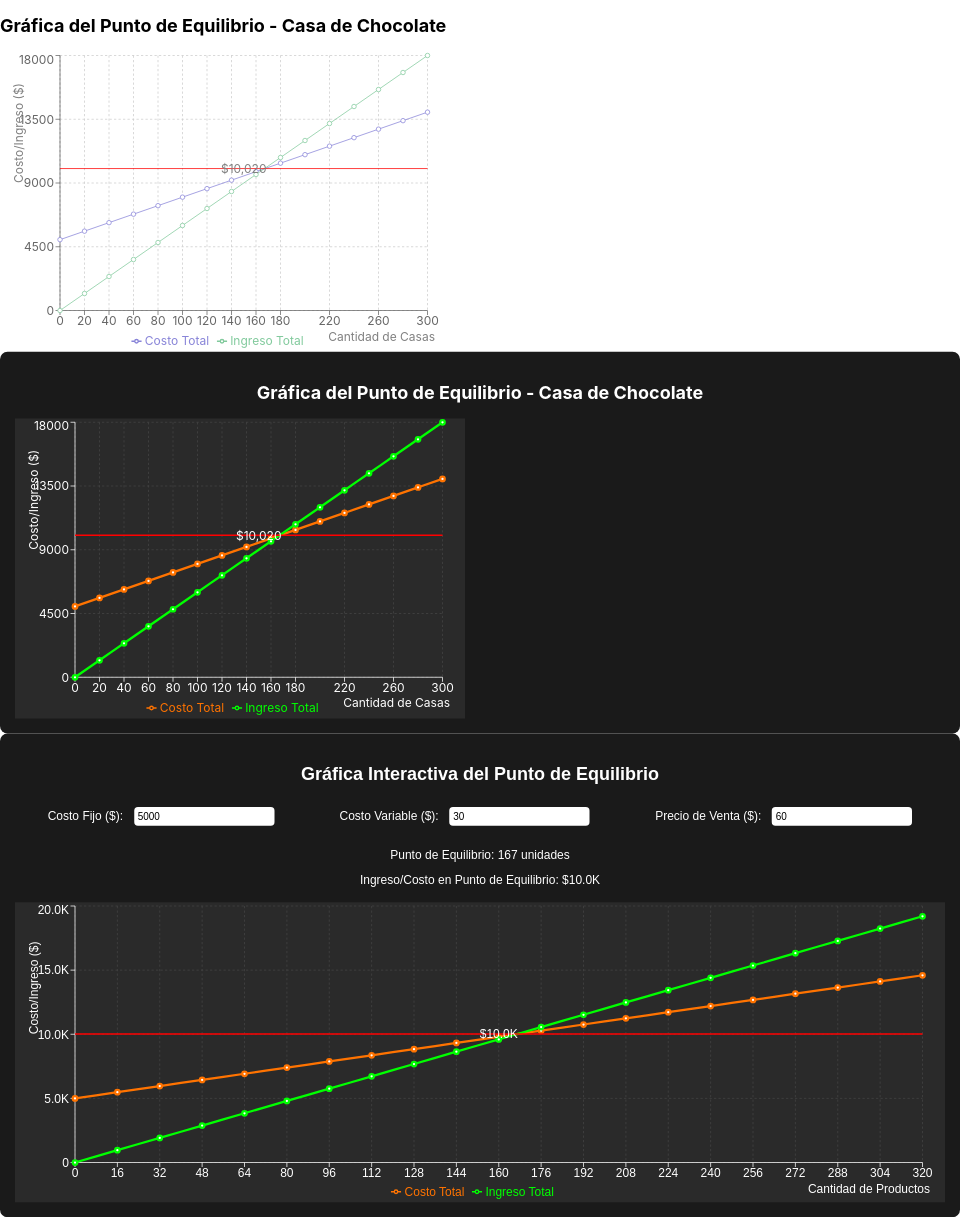
Repository: CiroAlfa/grafic-point-balancer
Page: / (app in graficas-chocolate/)
These files come from the project's save history. The page is drawn as it stood at one moment and after the next save; the edit follows.
The browser window is 1280 px wide. The pictures show the whole page, at 75% of full size.
The project was rebuilt for these pictures with package versions that can differ from the ones it lists, and the page was loaded fresh each time.

Above is the page before, as saved 2024-09-14 13:10:37.

### graficas-chocolate/src/App.js
import React from 'react';
import BreakEvenChart from './BreakEvenChart';
import BreakEvenChart2 from './BreakEvenChart2';
import BreakEvenChartInteractive from './BreakEvenChartInteractive';

function App() {
  return (
    <div className="App">
      <BreakEvenChart />
      <BreakEvenChart2 />
      <BreakEvenChartInteractive />


    </div>
  );
}

export default App;

### graficas-chocolate/src/BreakEvenChart.js
import React from 'react';
import { LineChart, Line, XAxis, YAxis, CartesianGrid, Tooltip, Legend, ReferenceLine } from 'recharts';

const BreakEvenChart = () => {
  const generateData = () => {
    const data = [];
    for (let x = 0; x <= 300; x += 20) {
      data.push({
        x: x,
        costoTotal: 5000 + 30 * x,
        ingresoTotal: 60 * x
      });
    }
    return data;
  };

  const data = generateData();

  return (
    <div className="w-full max-w-3xl mx-auto">
      <h2 className="text-xl font-bold mb-4 text-center">Gráfica del Punto de Equilibrio - Casa de Chocolate</h2>
      <LineChart width={600} height={400} data={data} margin={{ top: 5, right: 30, left: 20, bottom: 5 }}>
        <CartesianGrid strokeDasharray="3 3" />
        <XAxis dataKey="x" label={{ value: 'Cantidad de Casas', position: 'insideBottomRight', offset: -10 }} />
        <YAxis label={{ value: 'Costo/Ingreso ($)', angle: -90, position: 'insideLeft' }} />
        <Tooltip />
        <Legend />
        <Line type="monotone" dataKey="costoTotal" stroke="#8884d8" name="Costo Total" />
        <Line type="monotone" dataKey="ingresoTotal" stroke="#82ca9d" name="Ingreso Total" />
        <ReferenceLine x={167} stroke="red" label="Punto de Equilibrio" />
        <ReferenceLine y={10020} stroke="red" label="$10,020" />
      </LineChart>
    </div>
  );
};

export default BreakEvenChart;

### graficas-chocolate/src/BreakEvenChart2.js
import React from 'react';
import { LineChart, Line, XAxis, YAxis, CartesianGrid, Tooltip, Legend, ReferenceLine } from 'recharts';

const BreakEvenChart2 = () => {
  const generateData = () => {
    const data = [];
    for (let x = 0; x <= 300; x += 20) {
      data.push({
        x: x,
        costoTotal: 5000 + 30 * x,
        ingresoTotal: 60 * x
      });
    }
    return data;
  };

  const data = generateData();

  return (
    <div style={{ backgroundColor: '#1a1a1a', padding: '20px', borderRadius: '10px' }}>
      <h2 style={{ color: 'white', textAlign: 'center', marginBottom: '20px' }}>Gráfica del Punto de Equilibrio - Casa de Chocolate</h2>
      <LineChart
        width={600}
        height={400}
        data={data}
        margin={{ top: 5, right: 30, left: 20, bottom: 5 }}
        style={{ backgroundColor: '#2a2a2a' }}
      >
        <CartesianGrid strokeDasharray="3 3" stroke="#444" />
        <XAxis
          dataKey="x"
          label={{ value: 'Cantidad de Casas', position: 'insideBottomRight', offset: -10, fill: 'white' }}
          stroke="white"
        />
        <YAxis
          label={{ value: 'Costo/Ingreso ($)', angle: -90, position: 'insideLeft', fill: 'white' }}
          stroke="white"
        />
        <Tooltip contentStyle={{ backgroundColor: '#3a3a3a', color: 'white', border: 'none' }} />
        <Legend wrapperStyle={{ color: 'white' }} />
        <Line type="monotone" dataKey="costoTotal" stroke="#ff7300" strokeWidth={3} name="Costo Total" />
        <Line type="monotone" dataKey="ingresoTotal" stroke="#00ff00" strokeWidth={3} name="Ingreso Total" />
        <ReferenceLine x={167} stroke="red" strokeWidth={2} label={{ value: "Punto de Equilibrio", fill: 'white' }} />
        <ReferenceLine y={10020} stroke="red" strokeWidth={2} label={{ value: "$10,020", fill: 'white' }} />
      </LineChart>
    </div>
  );
};

export default BreakEvenChart2;

### graficas-chocolate/src/BreakEvenChartInteractive.js
/* eslint-disable react-hooks/exhaustive-deps */
import React, { useState, useEffect } from 'react';
import { LineChart, Line, XAxis, YAxis, CartesianGrid, Tooltip, Legend, ReferenceLine, ResponsiveContainer } from 'recharts';

const BreakEvenChartInteractive = () => {
  const [costoFijo, setCostoFijo] = useState(5000);
  const [costoVariable, setCostoVariable] = useState(30);
  const [precioVenta, setPrecioVenta] = useState(60);
  const [puntoEquilibrio, setPuntoEquilibrio] = useState({ x: 0, y: 0 });
  const [data, setData] = useState([]);
  const [maxX, setMaxX] = useState(0);
  const [maxY, setMaxY] = useState(0);

  useEffect(() => {
    calcularPuntoEquilibrio();
  }, [costoFijo, costoVariable, precioVenta]);

  const calcularPuntoEquilibrio = () => {
    const x = Math.ceil(costoFijo / (precioVenta - costoVariable));
    const y = x * precioVenta;
    setPuntoEquilibrio({ x, y });
    generarDatos(x, y);
  };

  const generarDatos = (x, y) => {
    const newMaxX = Math.ceil(x * 2);
    const newMaxY = Math.ceil(y * 2);
    setMaxX(newMaxX);
    setMaxY(newMaxY);

    const newData = [];
    const step = Math.max(1, Math.floor(newMaxX / 20));
    for (let i = 0; i <= newMaxX; i += step) {
      newData.push({
        x: i,
        costoTotal: costoFijo + costoVariable * i,
        ingresoTotal: precioVenta * i
      });
    }
    setData(newData);
  };

  const handleInputChange = (setter) => (e) => {
    const value = parseFloat(e.target.value) || 0;
    setter(value);
  };

  const formatNumber = (number) => {
    if (number >= 1000000) {
      return (number / 1000000).toFixed(1) + 'M';
    } else if (number >= 1000) {
      return (number / 1000).toFixed(1) + 'K';
    }
    return number.toFixed(0);
  };

  return (
    <div style={{ backgroundColor: '#1a1a1a', padding: '20px', borderRadius: '10px', color: 'white', fontFamily: 'Arial, sans-serif' }}>
      <h2 style={{ textAlign: 'center', marginBottom: '20px' }}>Gráfica Interactiva del Punto de Equilibrio</h2>

      <div style={{ display: 'flex', justifyContent: 'space-around', marginBottom: '20px', flexWrap: 'wrap' }}>
        <div style={{ margin: '10px' }}>
          <label>Costo Fijo ($): </label>
          <input
            type="number"
            value={costoFijo}
            onChange={handleInputChange(setCostoFijo)}
            style={{ marginLeft: '10px', padding: '5px', borderRadius: '5px', border: 'none' }}
          />
        </div>
        <div style={{ margin: '10px' }}>
          <label>Costo Variable ($): </label>
          <input
            type="number"
            value={costoVariable}
            onChange={handleInputChange(setCostoVariable)}
            style={{ marginLeft: '10px', padding: '5px', borderRadius: '5px', border: 'none' }}
          />
        </div>
        <div style={{ margin: '10px' }}>
          <label>Precio de Venta ($): </label>
          <input
            type="number"
            value={precioVenta}
            onChange={handleInputChange(setPrecioVenta)}
            style={{ marginLeft: '10px', padding: '5px', borderRadius: '5px', border: 'none' }}
          />
        </div>
      </div>

      <div style={{ textAlign: 'center', marginBottom: '20px' }}>
        <p>Punto de Equilibrio: {formatNumber(puntoEquilibrio.x)} unidades</p>
        <p>Ingreso/Costo en Punto de Equilibrio: ${formatNumber(puntoEquilibrio.y)}</p>
      </div>

      <ResponsiveContainer width="100%" height={400}>
        <LineChart
          data={data}
          margin={{ top: 5, right: 30, left: 20, bottom: 5 }}
          style={{ backgroundColor: '#2a2a2a' }}
        >
          <CartesianGrid strokeDasharray="3 3" stroke="#444" />
          <XAxis
            dataKey="x"
            label={{ value: 'Cantidad de Productos', position: 'insideBottomRight', offset: -10, fill: 'white' }}
            stroke="white"
            tickFormatter={formatNumber}
          />
          <YAxis
            label={{ value: 'Costo/Ingreso ($)', angle: -90, position: 'insideLeft', fill: 'white' }}
            stroke="white"
            tickFormatter={formatNumber}
          />
          <Tooltip
            contentStyle={{ backgroundColor: '#3a3a3a', color: 'white', border: 'none' }}
            formatter={(value) => formatNumber(value)}
          />
          <Legend wrapperStyle={{ color: 'white' }} />
          <Line type="monotone" dataKey="costoTotal" stroke="#ff7300" strokeWidth={3} name="Costo Total" />
          <Line type="monotone" dataKey="ingresoTotal" stroke="#00ff00" strokeWidth={3} name="Ingreso Total" />
          <ReferenceLine x={puntoEquilibrio.x} stroke="red" strokeWidth={2} label={{ value: "Punto de Equilibrio", fill: 'white' }} />
          <ReferenceLine y={puntoEquilibrio.y} stroke="red" strokeWidth={2} label={{ value: `$${formatNumber(puntoEquilibrio.y)}`, fill: 'white' }} />
        </LineChart>
      </ResponsiveContainer>
    </div>
  );
};

export default BreakEvenChartInteractive;

Loaded but not shown: graficas-chocolate/public/index.html (common file); graficas-chocolate/src/index.js (common file); graficas-chocolate/src/index.css (common file); graficas-chocolate/src/reportWebVitals.js (common file)

After the next save:
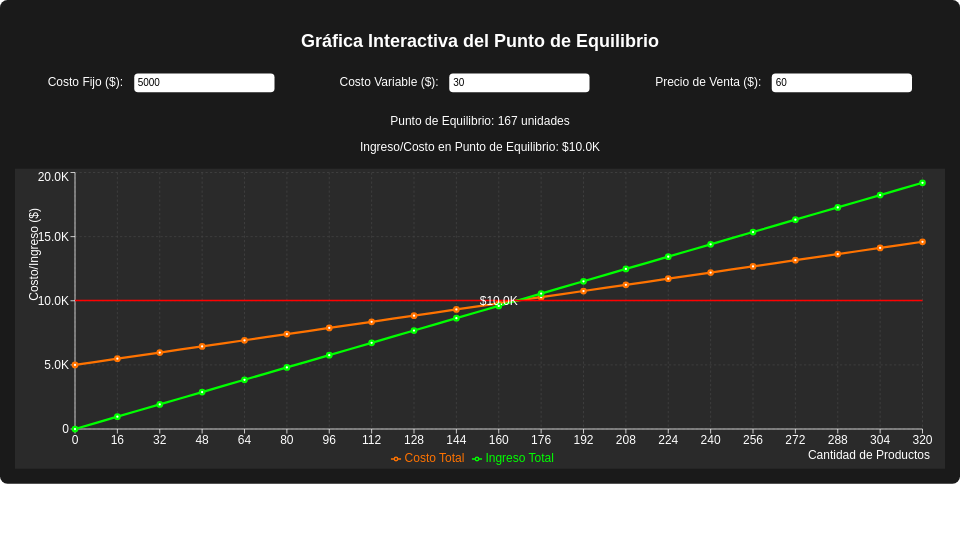
Saved 14 min 35 s later.
--- a/graficas-chocolate/src/App.js
+++ b/graficas-chocolate/src/App.js
@@ -6,8 +6,7 @@ import BreakEvenChartInteractive from './BreakEvenChartInteractive';
 function App() {
   return (
     <div className="App">
-      <BreakEvenChart />
-      <BreakEvenChart2 />
+
       <BreakEvenChartInteractive />
 
 
